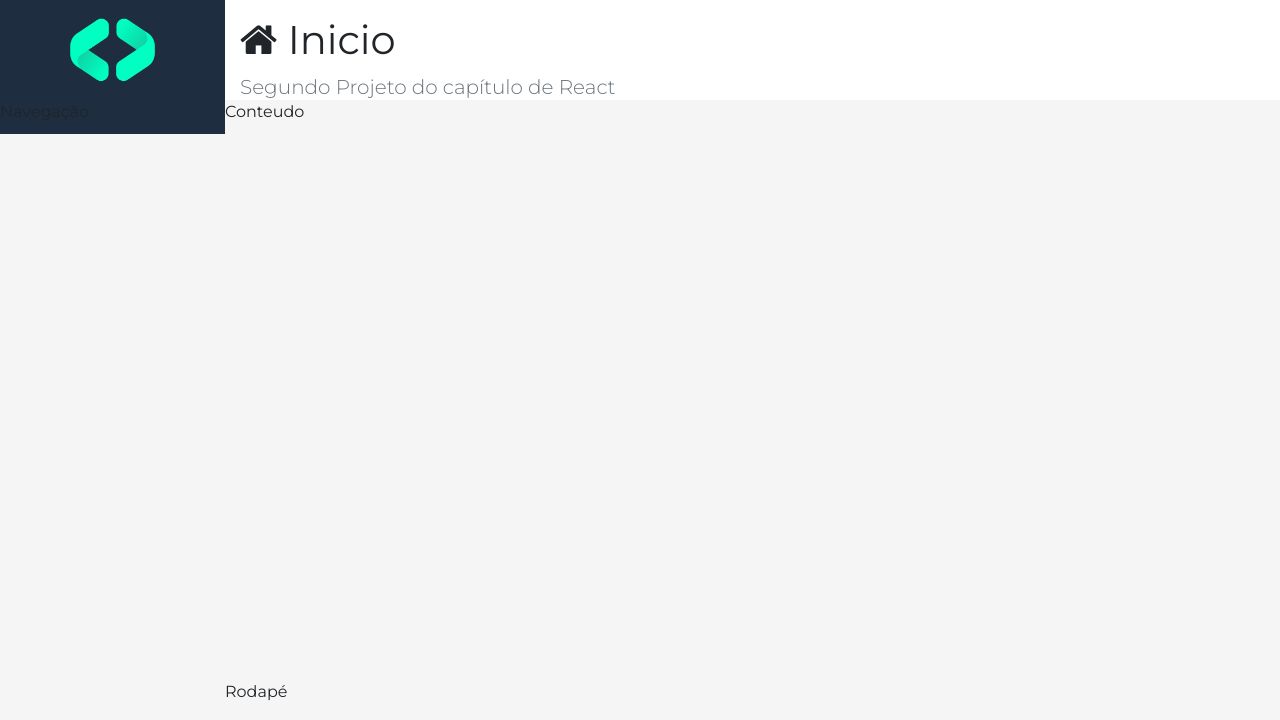
Repository: eversonps/projeto-cadastro-usuarios-firebase
Page: /users (app in frontend/)
An editor plug-in stored every save of this project. The page is shown before and after the next save, followed by the edit.
The browser window is 1280 px wide. The pictures show the whole page.
The project was rebuilt for these pictures with package versions that can differ from the ones it lists, and the page was loaded fresh each time. Also part of the build but not shown: frontend/src/components/template/nav.css, frontend/src/components/template/footer.css.

Above is the page before, as saved 2022-03-22 13:14:52.

After the next save:
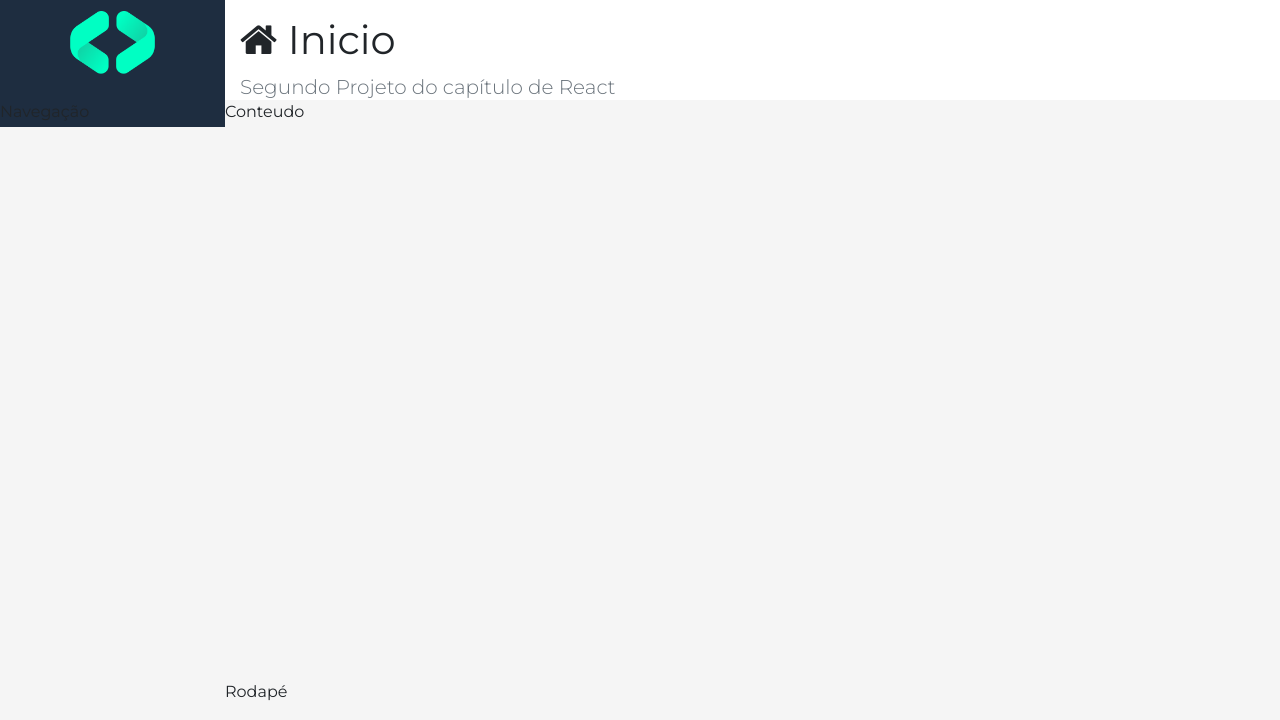
Saved 14 s later.
--- a/frontend/src/components/template/logo.css
+++ b/frontend/src/components/template/logo.css
@@ -6,6 +6,6 @@
 }
 
 aside.logo img {
-    padding: 15px 0;
+    margin-bottom: 15px;
     width: 100%;
 }

After the 2 saves that followed:
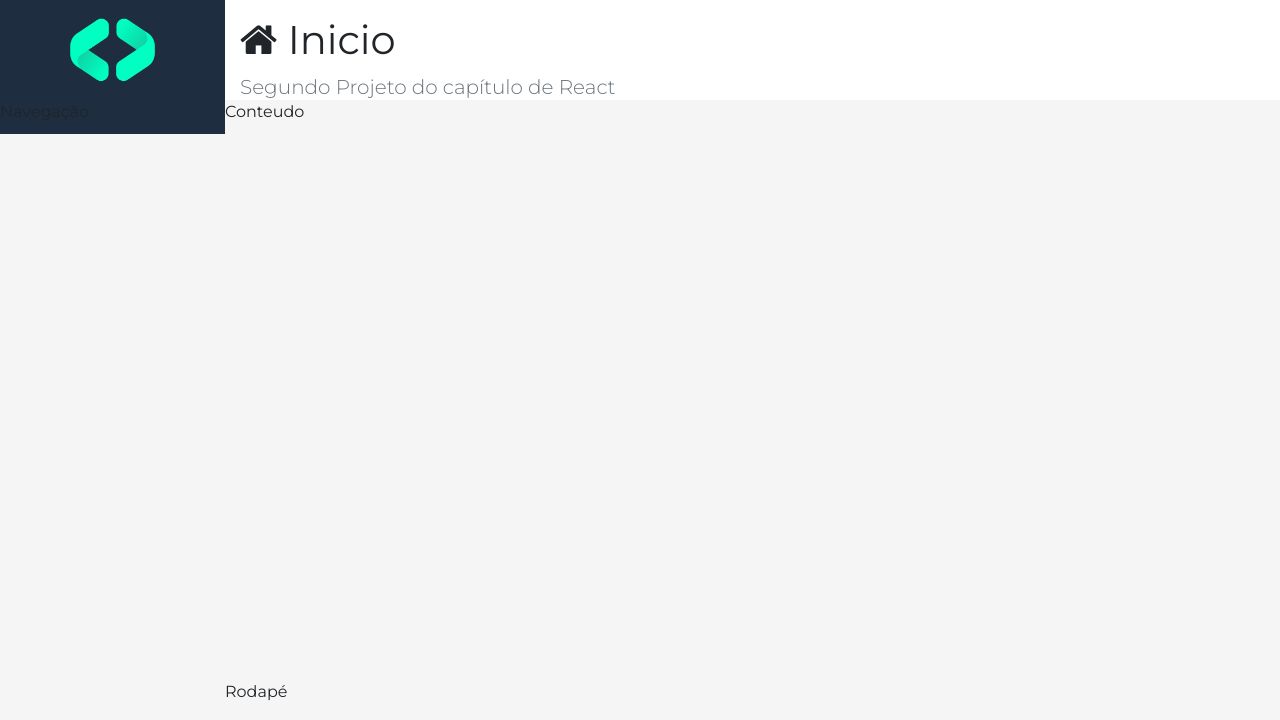
The 2 saves are shown as one change because 1 left the picture as it was.
The last was saved 24 s later.
--- a/frontend/src/components/template/logo.css
+++ b/frontend/src/components/template/logo.css
@@ -6,6 +6,5 @@
 }
 
 aside.logo img {
-    margin-bottom: 15px;
     width: 100%;
 }
